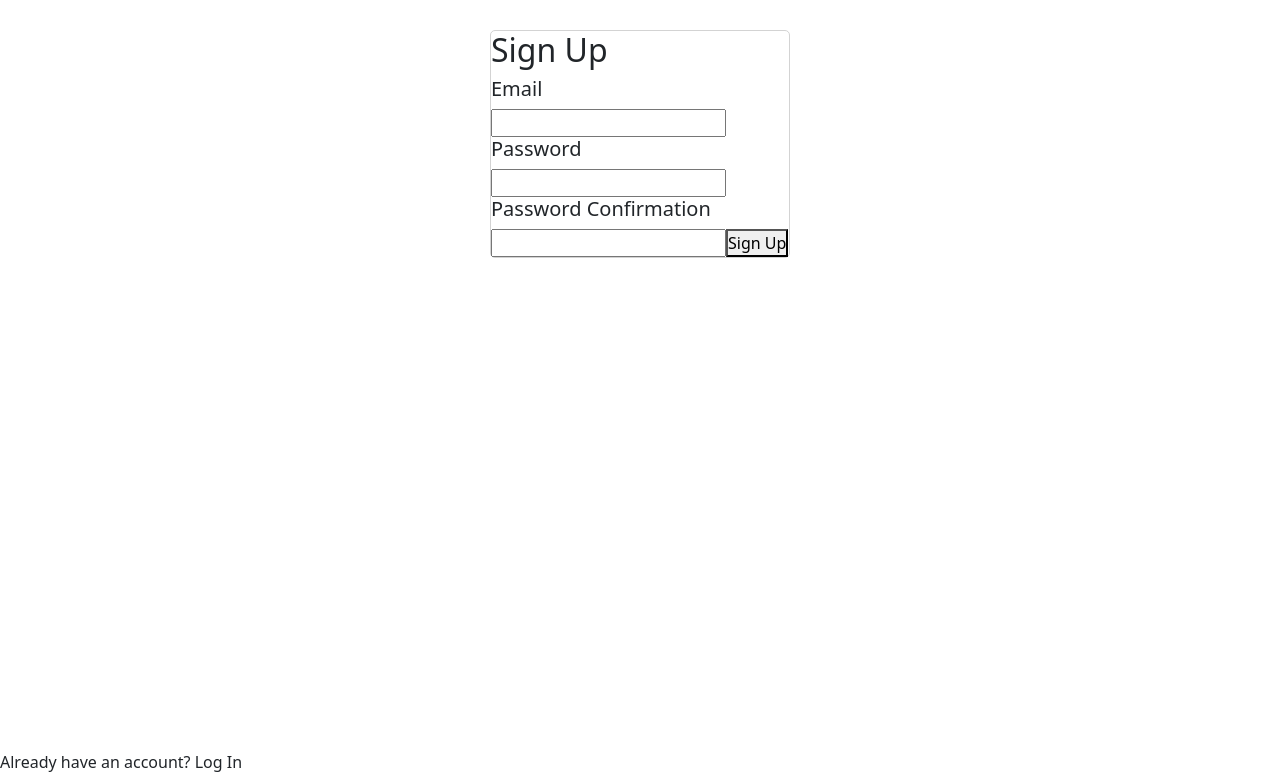
Repository: carinvid/reach-eshop
Page: /signup
An editor plug-in stored every save of this project. The page is shown before and after the next save, followed by the edit.
The browser window is 1280 px wide. The pictures show the whole page.
The page's requests for data from a server got no answer. The project was rebuilt for these pictures with package versions that can differ from the ones it lists, and the page was loaded fresh each time. No one was signed in, and anything a server would have sent is missing. Also part of the build but not shown: src/Header.css, src/Header.js, src/Home.css, src/Product.css, src/Product.js, src/Home.js, src/Checkout.css, src/CheckoutProduct.css and 7 more.

Above is the page before, as saved 2022-04-06 16:05:58.

### public/index.html
<!DOCTYPE html>
<html lang="en">
  <head>
    <meta charset="utf-8" />

    <meta name="viewport" content="width=device-width, initial-scale=1" />
    <meta name="theme-color" content="#000000" />

    <title>React App</title>
  </head>
  <body>

    <div id="root"></div>

  </body>
</html>

### src/index.js
import React from 'react';
import ReactDOM from 'react-dom';
import './index.css';
import App from './App';
import reducer, { initialState} from './reducer';
import { StateProvider } from './StateProvider';
import "bootstrap/dist/css/bootstrap.min.css"

ReactDOM.render(
  <React.StrictMode>
    <StateProvider initialState={initialState} reducer = { reducer }>
    <App />
    </StateProvider>
  </React.StrictMode>,
  document.getElementById('root')
);

### src/index.css
body {
  margin: 0;
  background-color: rgba(234, 237,237);
  font-family: -apple-system, BlinkMacSystemFont, 'Segoe UI', 'Roboto', 'Oxygen',
    'Ubuntu', 'Cantarell', 'Fira Sans', 'Droid Sans', 'Helvetica Neue',
    sans-serif;
  -webkit-font-smoothing: antialiased;
  -moz-osx-font-smoothing: grayscale;
}

code {
  font-family: source-code-pro, Menlo, Monaco, Consolas, 'Courier New',
    monospace;
}

### src/App.js

import './App.css';
import Header from "./Header"
import Home from "./Home";
import {BrowserRouter as Router, Route, Switch} from "react-router-dom"
import Checkout from './Checkout';
import Login from './Login';
import Signup from './Signup';

function App() {
  return (
    <div className="App">
      <Router>
        <Switch>
          <Route path="/login">
            <Login />
          </Route>
          <Route path="/signup">
            <Signup />
          </Route>
          <Route path="/checkout">
            <Header />
            <Checkout />
          </Route>
          <Route path="/" >
            <Header />
            <Home />
          </Route>
        </Switch>
      </Router>

    </div>)
}

export default App;

### src/Reducer.js
export const initialState = {
    basket: [],
};

export const getBasketTotal = (basket) => {
    return(basket?.reduce((amount, item) => item.price + amount, 0));
}

const reducer = (state, action) => {
    switch(action.type) {
        case "ADD_TO_BASKET":
            return {
                ...state,
                basket: [...state.basket, action.item],
            }
            case "REMOVE_FROM_BASKET" :
            const index = state.basket.findIndex(
                (basketItem) => basketItem.id === action.id
            );
            let newBasket = [...state.basket];

            if(index >= 0) {
                newBasket.splice(index, 1)
            } else {
                console.warn( `Can't remove product(id: ${action.id}) as it is not in the basket!`)
            }
            return {...state,basket: newBasket}

            default:
            return state;
    }

}

export default reducer;

### src/StateProvider.js
import React, {createContext, useContext, useReducer} from "react";

export const StateContext = createContext();


export const StateProvider = ({ reducer, initialState, children }) => {


    return (
    <StateContext.Provider value={useReducer(reducer, initialState)}>
        {children}
    </StateContext.Provider>
    )
};

export const useStateValue = () => useContext(StateContext);

### src/Signup.js
import React, { useRef } from 'react';
import './Signup.css'

export default function Signup() {
    const emailRef = useRef();
    const passwordRef = useRef();
    const passwordConfirmRef = useRef();


  return (
    <>
    <div className="signup">
        <div className="signup-container">
            <h2>Sign Up</h2>
            <form >
                        <h5>Email</h5>
                        <input type="email" ref={emailRef} required />
                        <h5>Password</h5>

                        <input type="password" ref={passwordRef} required />


                        <h5>Password Confirmation</h5>
                        <input type="password" ref={passwordConfirmRef} required />

                    <button type="submit">Sign Up</button>
            </form>
        </div>
    </div>

    <div className="goToLogin">
        Already have an account? Log In
    </div>
    </>
  )
}

### src/Signup.css
.signup {
    margin-top: 30px;
    background-color: white;
    height: 100vh;
    display: flex;
    flex-direction: column;
    align-items: center;
}

.signup-container {
    width: 300px;
    height: fit-content;
    display: flex;
    flex-direction: column;
    border-radius: 5px;
    border: 1px solid lightgrey;
}

Loaded but not shown: src/App.css (common file)

After the next save:
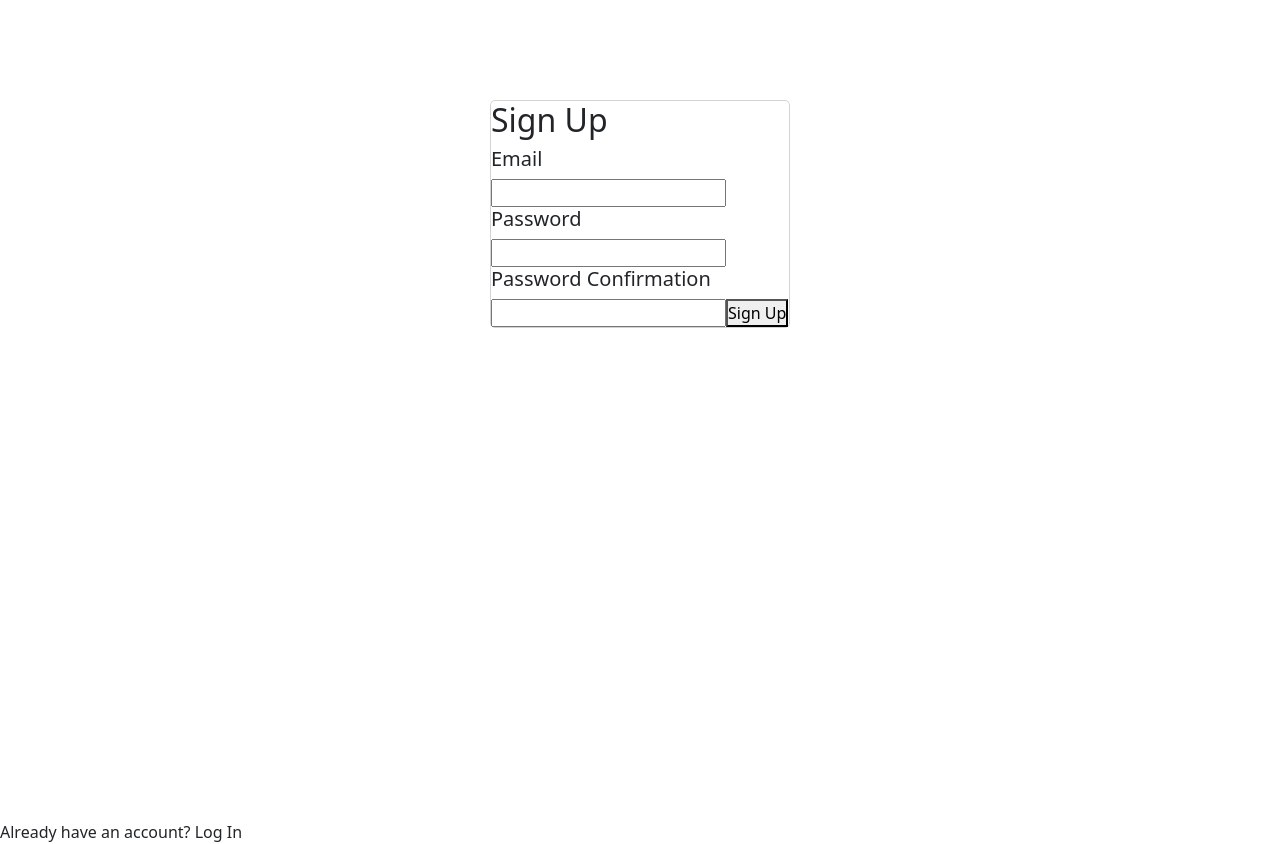
Saved 11 s later.
--- a/src/Signup.css
+++ b/src/Signup.css
@@ -1,5 +1,5 @@
 .signup {
-    margin-top: 30px;
+    margin-top: 100px;
     background-color: white;
     height: 100vh;
     display: flex;
